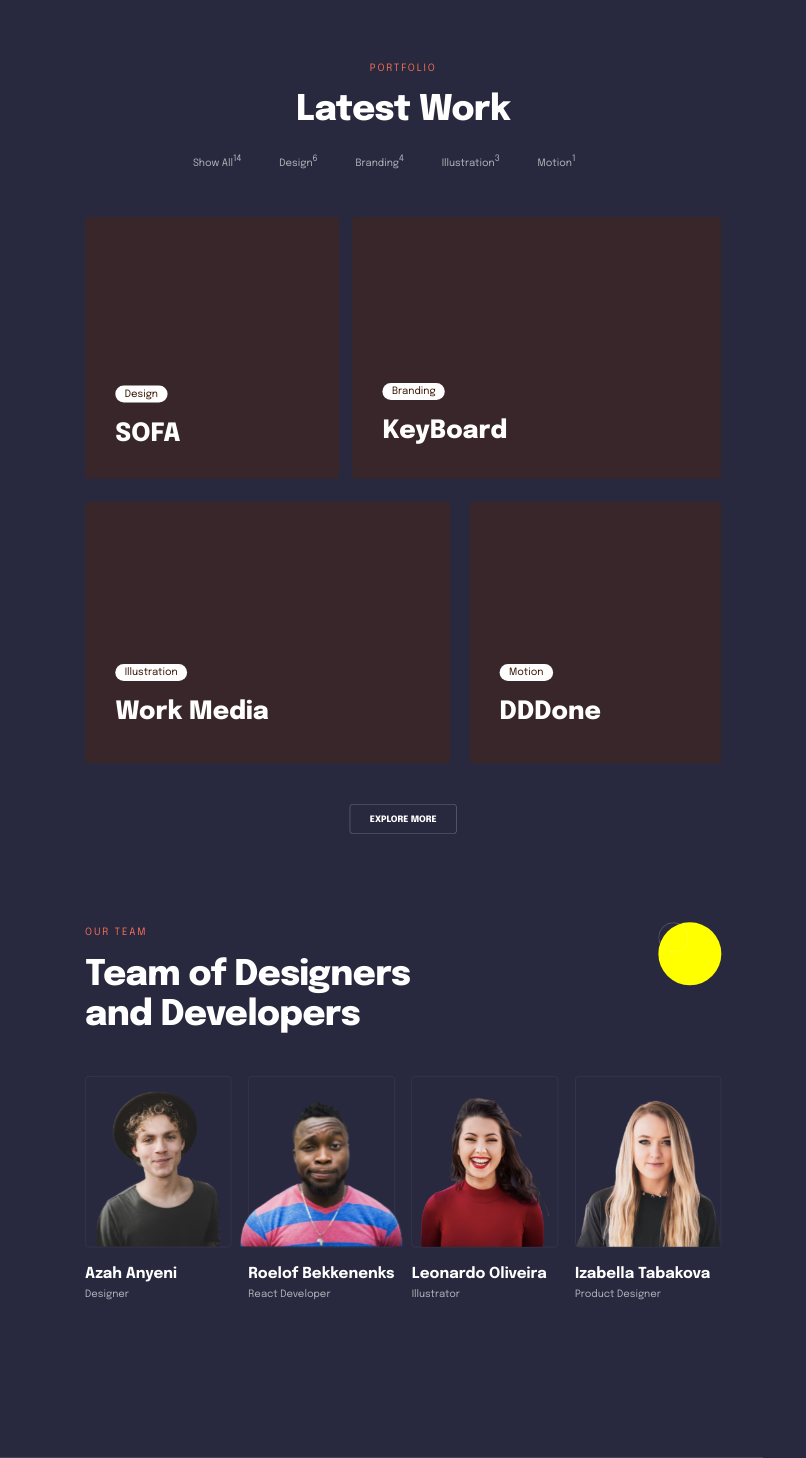
Repository: FidanXankishiyeva/figma-positions-task
Page: index.html
The author's editor kept a copy of each file at every save. The page is drawn from the files as they stood at one save, then again after the next save.
The browser window is 1280 px wide. The pictures show the whole page, at 63% of full size.

Above is the page before, as saved 2023-08-10 13:57:29.

After the next save:
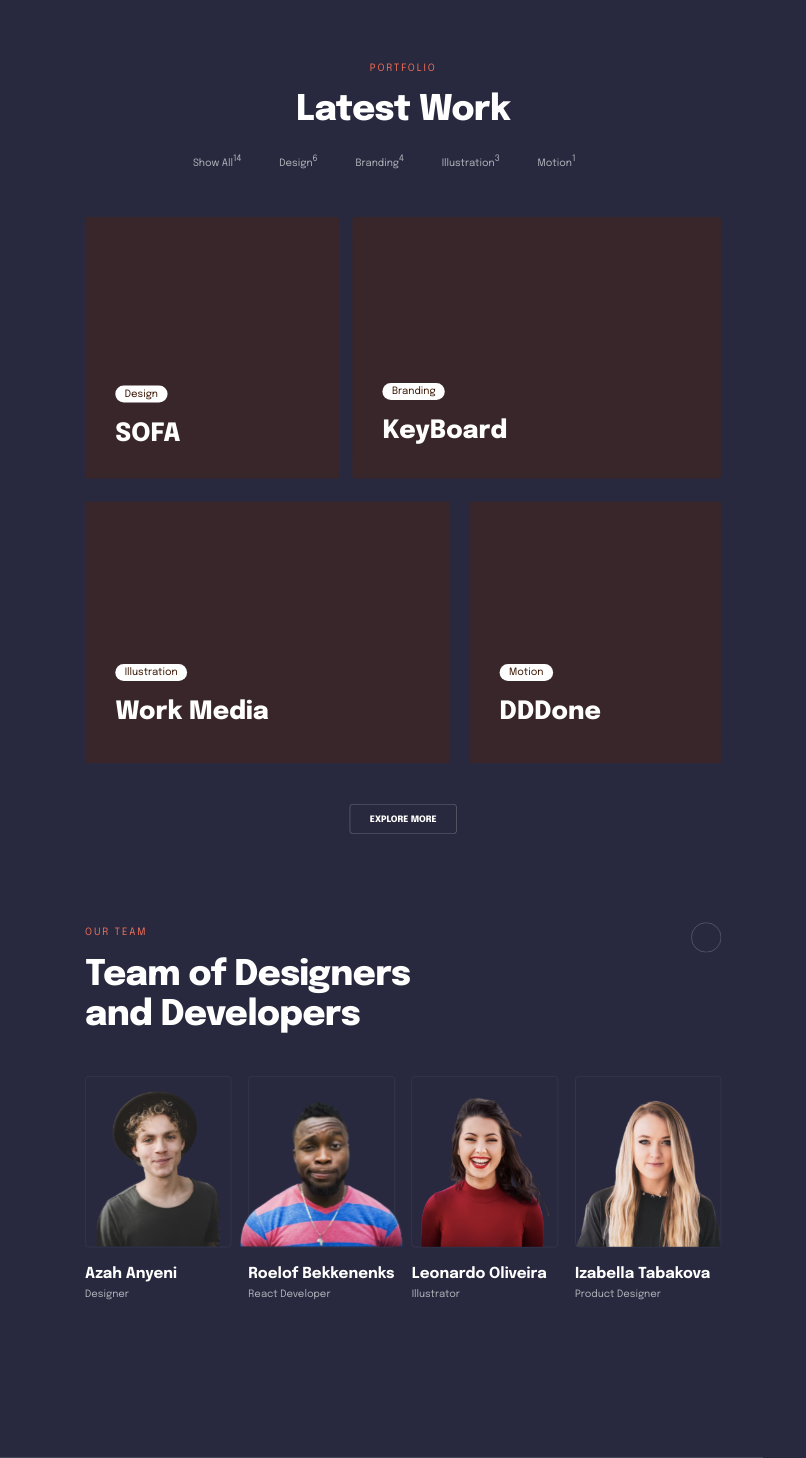
Saved 5 s later.
--- a/index.css
+++ b/index.css
@@ -273,12 +273,12 @@ button {
 .text-buttons-collaj .buttons{
     display: flex;
 }
-.text-buttons-collaj .buttons .circle{
+/* .text-buttons-collaj .buttons .circle{
     width: 100px;
     height: 100px;
     background-color: yellow;
     border-radius: 50%;
-}
+} */
 .text-box-2 {
     width: 531px;
 }
